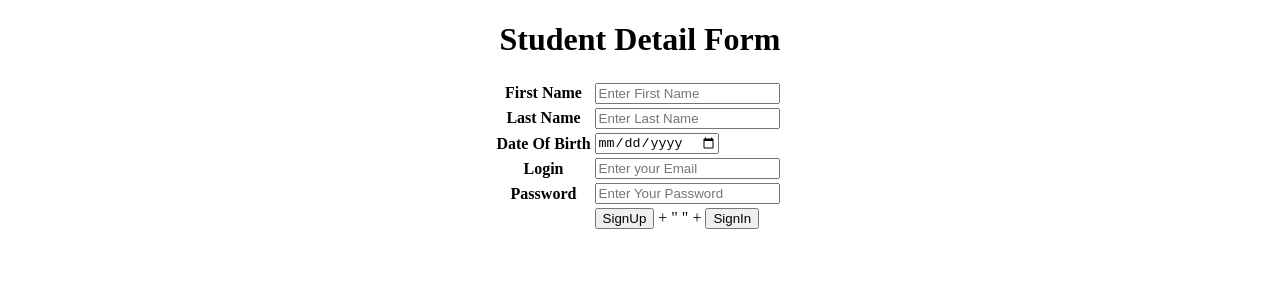
Repository: Abhi070717/Advance-Java
Page: http://localhost/jsp-servlet/UserForm.jsp
The author's editor kept a copy of each file at every save. The page is drawn from the files as they stood at one save, then again after the next save.
The browser window is 1280 px wide. The pictures show the whole page.
The page is served by Tomcat 9. Other server files are loaded and not shown.

Above is the page before, as saved 2026-01-21 11:09:05.

### Jsp-servlet/jsp-servlet/WebContent/UserForm.jsp
<%@ page language="java" contentType="text/html; charset=ISO-8859-1"
	pageEncoding="ISO-8859-1"%>
<!DOCTYPE html>
<html>
<head>
<meta charset="ISO-8859-1">
<title>Student Form</title>
</head>
<body>

	<div align="center">

		<form>
			<h1>Student Detail Form</h1>
			<table>
				<tr>
					<th>First Name</th>
					<td><input type="text" name="firstName" value=""
						placeholder="Enter First Name"></td>
				</tr>
				<tr>
					<th>Last Name</th>
					<td><input type="text" name="lastName" value=""
						placeholder="Enter Last Name"></td>
				</tr>
				<tr>
					<th>Date Of Birth</th>
					<td><input type="date" name="DOB" value=""></td>
				</tr>
				<tr>
					<th>Login</th>
					<td><input type="email" name="login" value=""
						placeholder="Enter your Email"></td>
				</tr>
				<tr>
					<th>Password</th>
					<td><input type="password" id="password" name="password"
						placeholder="Enter Your Password"></td>
				</tr>
					<th></th>
					<td><input type="Submit" name="operation" value="SignUp"> + " " + <input type="Submit" name="operation" value="SignIn"></td> <td></td>
				</tr>
			</table>

		</form>

	</div>

</body>
</html>

After the next save:
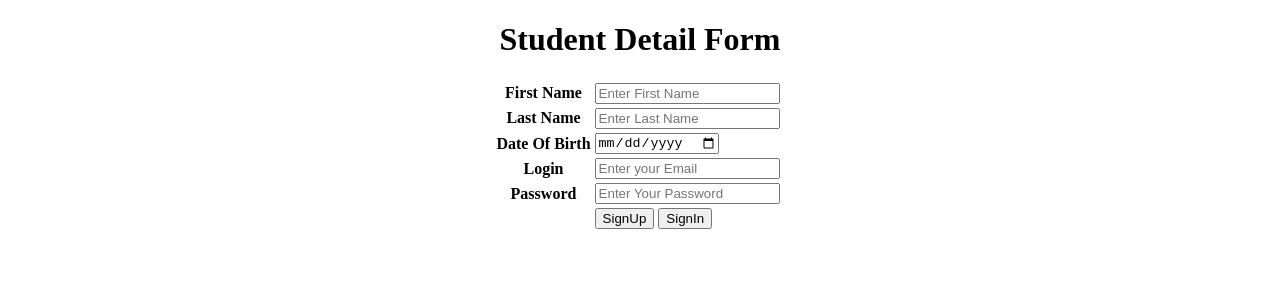
Saved 13 s later.
--- a/Jsp-servlet/jsp-servlet/WebContent/UserForm.jsp
+++ b/Jsp-servlet/jsp-servlet/WebContent/UserForm.jsp
@@ -38,7 +38,7 @@
 						placeholder="Enter Your Password"></td>
 				</tr>
 					<th></th>
-					<td><input type="Submit" name="operation" value="SignUp"> + " " + <input type="Submit" name="operation" value="SignIn"></td> <td></td>
+					<td><input type="Submit" name="operation" value="SignUp">  <input type="Submit" name="operation" value="SignIn"></td> <td></td>
 				</tr>
 			</table>
 
